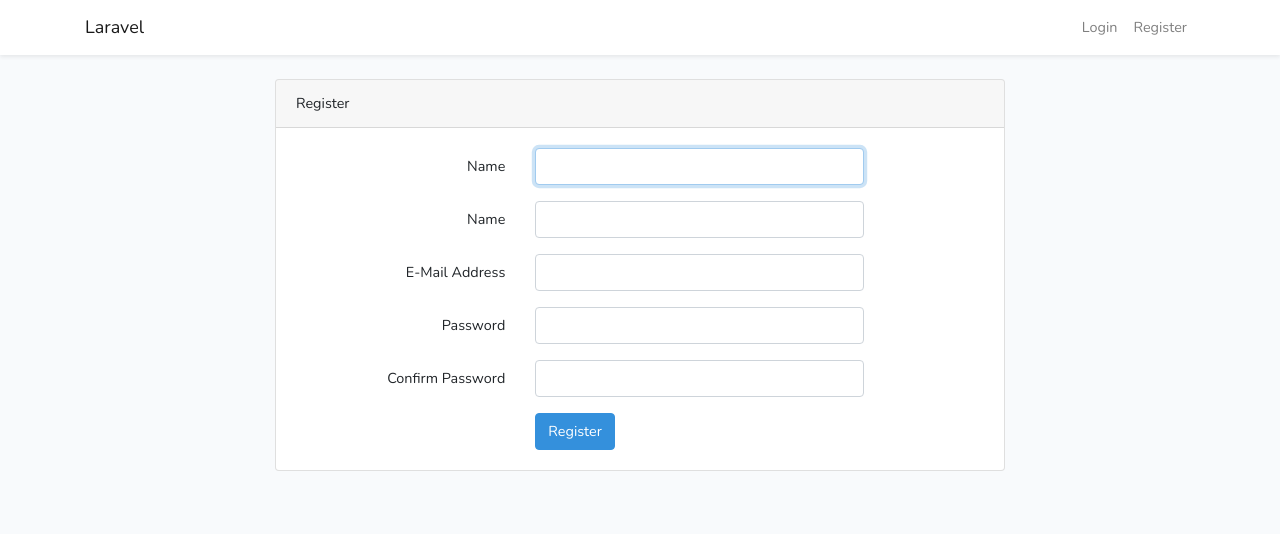
Repository: agrimald2/fixogo
Page: http://localhost/register
The author's editor kept a copy of each file at every save. The page is drawn from the files as they stood at one save, then again after the next save.
The browser window is 1280 px wide. The pictures show the whole page.
The page is served by the project's Laravel application, run on PHP 8.4 with Laravel 8.

Above is the page before, as saved 2020-09-15 23:32:28.

After the next save:
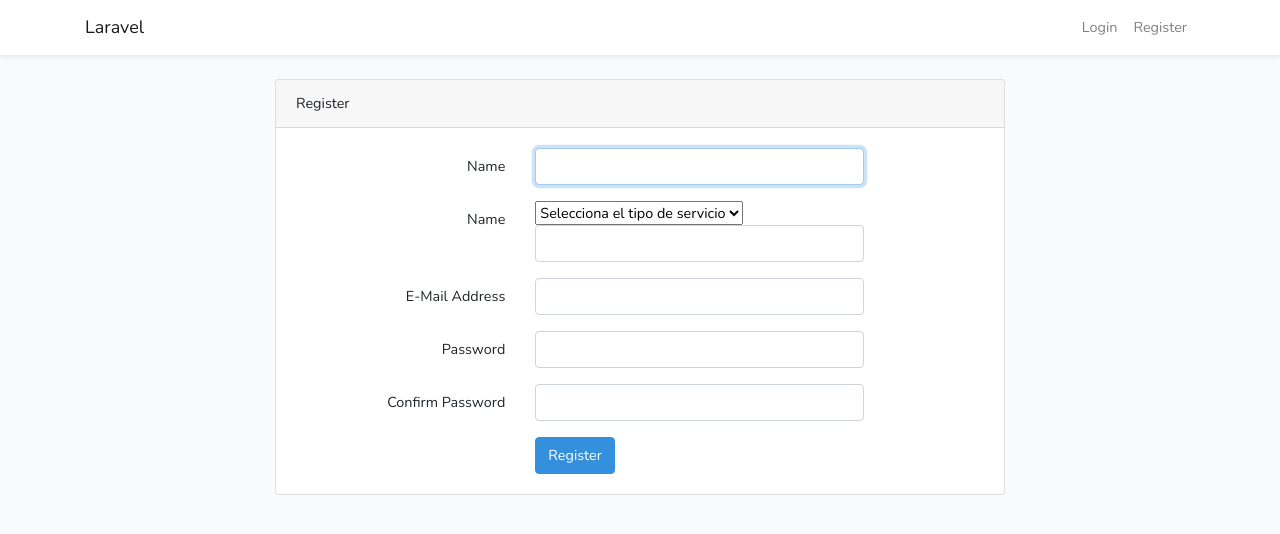
Saved 21 s later.
--- a/resources/views/auth/register.blade.php
+++ b/resources/views/auth/register.blade.php
@@ -28,6 +28,11 @@
                             <label for="role" class="col-md-4 col-form-label text-md-right">{{ __('Name') }}</label>
 
                             <div class="col-md-6">
+                            <select class="form-control-select" id="servicio" name="servicio" required>
+                                <option class="select-option" value="" disabled selected>Selecciona el tipo de servicio</option>
+                                <option class="select-option" value="gasfiteria">Gasfitería</option>
+                                <option class="select-option" value="limpieza">Limpieza</option>
+                            </select>
                                 <input id="role" type="text" class="form-control @error('name') is-invalid @enderror" name="role" value="{{ old('role') }}" required autocomplete="role" autofocus>
                                 @error('role')
                                     <span class="invalid-feedback" role="alert">
